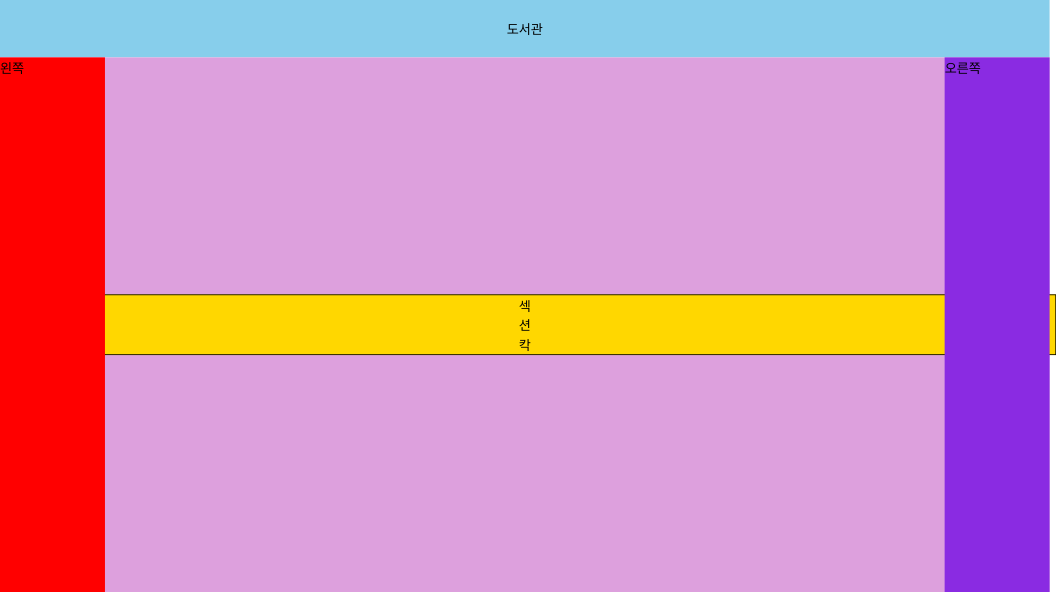
Repository: sojihwan/API_-Multi
Page: / (app in API/)
These files come from the project's save history. The page is drawn as it stood at one moment and after the next save; the edit follows.
The browser window is 1280 px wide. The page is 1288 px wide, then 1280 px, so the pictures cover 1288 px, including what lies to the right of the window. The pictures show the whole page, at 82% of full size.
The project was rebuilt for these pictures with package versions that can differ from the ones it lists, and the page was loaded fresh each time. Also part of the build but not shown: API/src/App.css.

Above is the page before, as saved 2022-05-24 15:17:13.

After the next save:
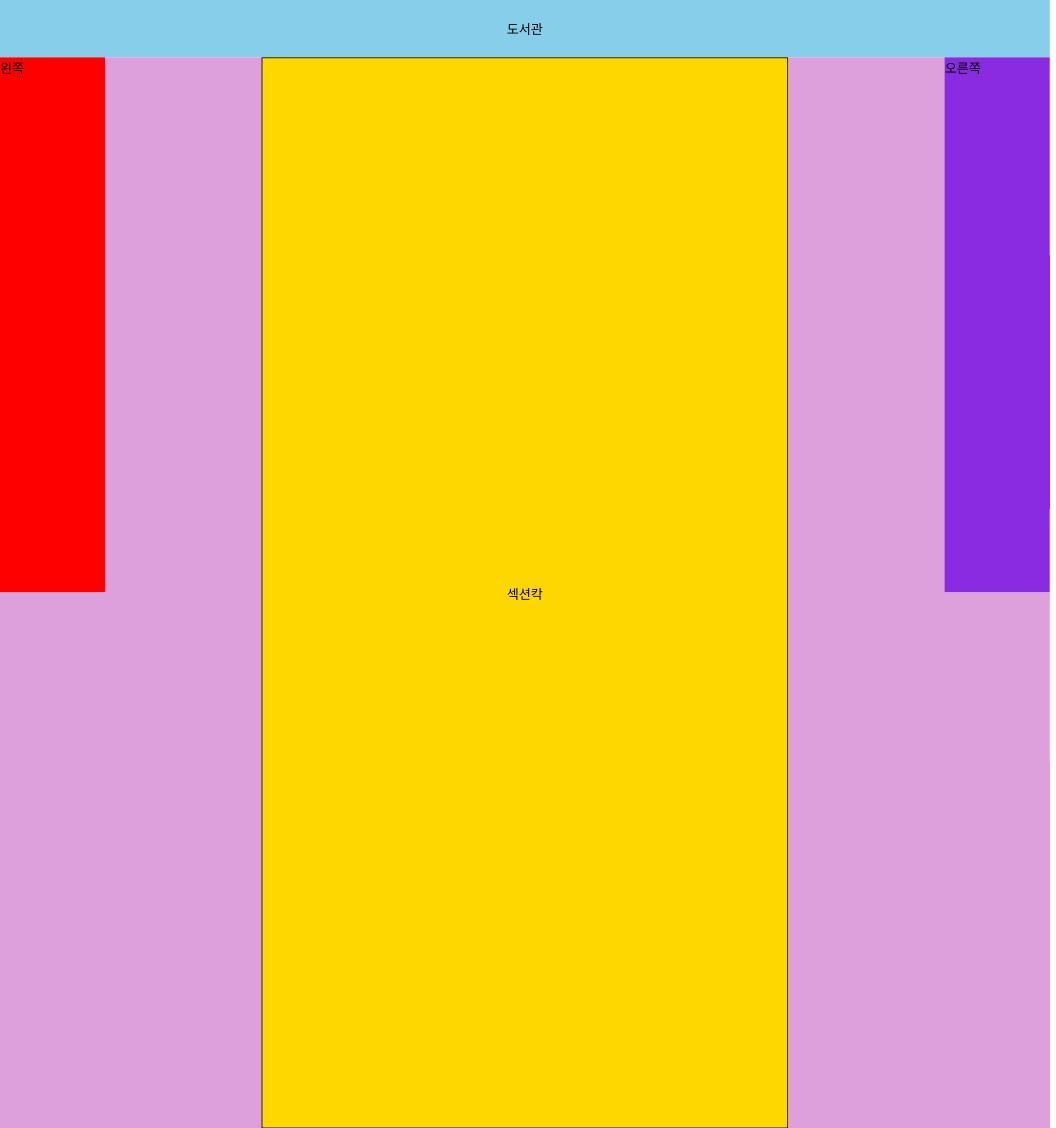
Saved 5 s later.
--- a/API/src/Layout/Section.css
+++ b/API/src/Layout/Section.css
@@ -1,7 +1,7 @@
 .section {
   border: 1px solid black;
   width: 50%;
-  padding: 0px 50%;
+  padding: 50% 0;
   background: gold;
   text-align: center;
 
